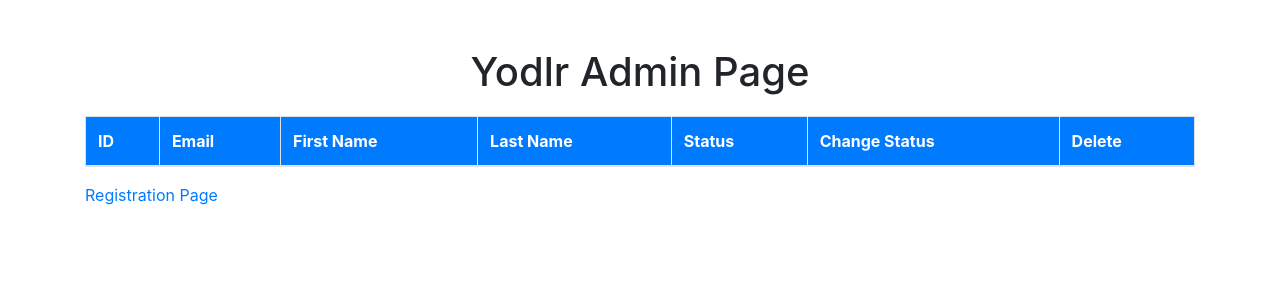
Repository: rmdayberry/yodlr-take-home
Page: public/admin.html
These files come from the project's save history. The page is drawn as it stood at one moment and after the next save; the edit follows.
The browser window is 1280 px wide. The pictures show the whole page.
The page's requests for data from a server got no answer.

Above is the page before, as saved 2024-10-08 20:48:50.
Console error: TypeError: Cannot read properties of undefined (reading 'message')

### public/admin.html
<!DOCTYPE html>
<html>
  <head>
    <meta charset="utf-8" />
    <title>Yodlr Admin Page</title>
    <link
      rel="stylesheet"
      href="https://stackpath.bootstrapcdn.com/bootstrap/4.5.2/css/bootstrap.min.css"
    />
    <link rel="stylesheet" href="css/admin.css" />
    <script src="https://code.jquery.com/jquery-3.6.0.min.js"></script>
    <script>
      $(document).ready(function () {
        function loadUsers() {
          $.ajax({
            type: "GET",
            url: "http://localhost:3000/users",
            success: function (users) {
              var tableBody = $("#userTable tbody");
              tableBody.empty(); // clear the table before adding new rows

              users.forEach(function (user) {
                var statusButtons =
                  user.status === "active"
                    ? `<button class="set-pending" data-id="${user.id}">Set as Pending</button>`
                    : `<button class="set-active" data-id="${user.id}">Set as Active</button>`;

                tableBody.append(
                  `<tr>
                      <td>${user.id}</td>
                      <td>${user.email}</td>
                      <td>${user.firstName}</td>
                      <td>${user.lastName}</td>
                      <td>${user.status}</td>
                      <td>${statusButtons}
                      </td>
                      <td><button class="delete" data-id="${user.id}">Delete</button></td>
                      </tr>`
                );
              });
            },
            error: function (err) {
              alert("Error fetching users: " + err.responseJSON.message);
            },
          });
        }

        loadUsers(); //loads users on page load

        // Handle set as pending button click
        $("#userTable").on("click", ".set-pending", function () {
          var userId = $(this).data("id");
          $.ajax({
            type: "PUT",
            url: `http://localhost:3000/users/${userId}`,
            data: JSON.stringify({ id: userId, status: "pending" }), // Change status to 'pending'
            contentType: "application/json",
            success: function () {
              alert("User status updated to pending");
              loadUsers(); // Reload users after status change
            },
            error: function (err) {
              alert("Error updating user status: " + err.responseJSON.message);
            },
          });
        });

        // Handle set as active button click
        $("#userTable").on("click", ".set-active", function () {
          var userId = $(this).data("id");
          $.ajax({
            type: "PUT",
            url: `http://localhost:3000/users/${userId}`,
            data: JSON.stringify({ id: userId, status: "active" }), // Change status to 'active'
            contentType: "application/json",
            success: function () {
              alert("User status updated to active");
              loadUsers(); // Reload users after status change
            },
            error: function (err) {
              alert("Error updating user status: " + err.responseJSON.message);
            },
          });
        });

        //Handle delete button click
        $("#userTable").on("click", ".delete", function () {
          var userId = $(this).data("id");
          $.ajax({
            type: "DELETE",
            url: `http://localhost:3000/users/${userId}`,
            success: function () {
              alert("User was deleted");
              loadUsers(); // reloads users after deletion was made
            },
            error: function (err) {
              alert("Error deleting user: " + err.responseJSON.message);
            },
          });
        });
      });
    </script>
  </head>
  <body>
    <div class="container mt-5">
      <h1 class="text-center">Yodlr Admin Page</h1>
      <table class="table table-striped table-bordered" id="userTable">
        <thead>
          <tr>
            <th>ID</th>
            <th>Email</th>
            <th>First Name</th>
            <th>Last Name</th>
            <th>Status</th>
            <th>Change Status</th>
            <th>Delete</th>
          </tr>
        </thead>
        <tbody></tbody>
      </table>
      <p>
        <a href="signup.html">Registration Page</a>
      </p>
    </div>
  </body>
</html>

### public/css/admin.css
table {
  width: 100%;
  border-collapse: collapse;
  margin-top: 20px;
}
table,
th,
td {
  border: 1px solid #ddd;
}
th,
td {
  padding: 12px;
  text-align: left;
}
th {
  background-color: #007bff;
  color: white;
}

tr:nth-child(even) {
  background-color: #f2f2f2;
}
tr:nth-child(odd) {
  background-color: white;
}
tr:hover {
  background-color: #f1f1f1;
}

@media (max-width: 768px) {
  table {
    display: block;
    overflow-x: auto;
    white-space: nowrap;
  }
}

.btn-custom {
  margin-right: 5px;
  padding: 8px 12px;
}

.btn-custom {
  transition: background-color 0.3s ease;
}
.btn-custom:hover {
  opacity: 0.8;
}

After the next save:
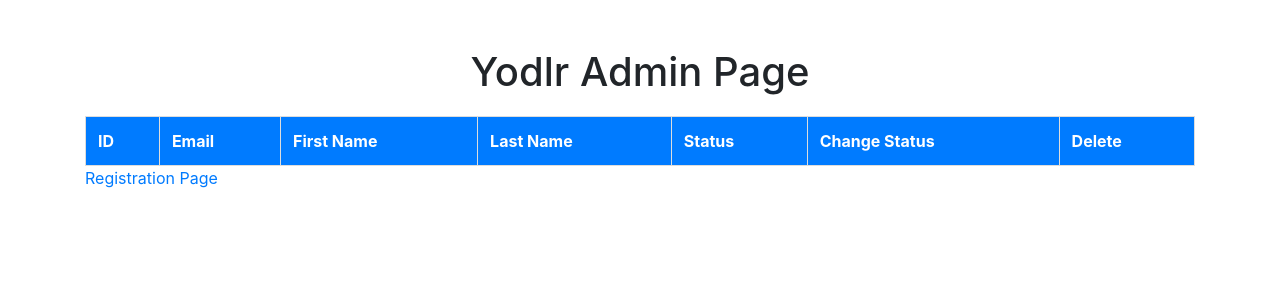
Saved 43 s later.
--- a/public/admin.html
+++ b/public/admin.html
@@ -104,7 +104,7 @@
   <body>
     <div class="container mt-5">
       <h1 class="text-center">Yodlr Admin Page</h1>
-      <table class="table table-striped table-bordered" id="userTable">
+      <table id="userTable">
         <thead>
           <tr>
             <th>ID</th>
